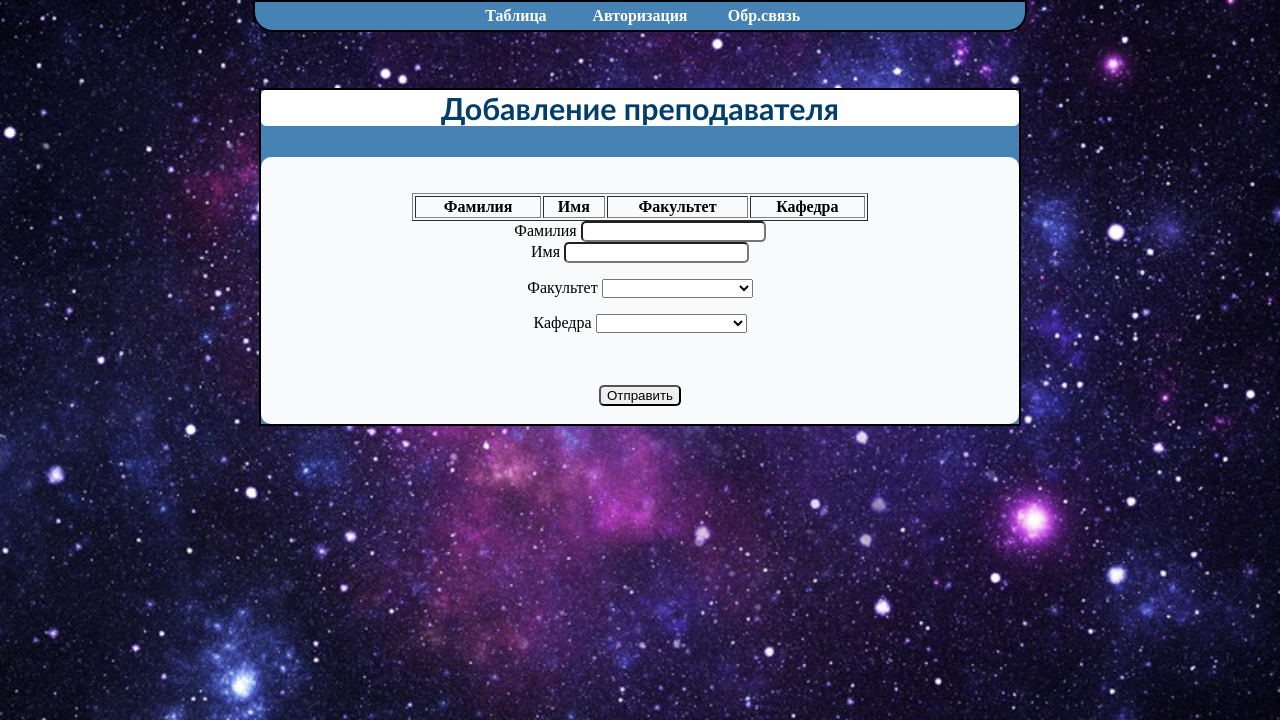
Repository: BeliaevAleksei/WeBCourse
Page: http://localhost/addTeacher.php
The author's editor kept a record of every edit. The page is drawn from the files as they stood at one moment, then again after the next edit.
The browser window is 1280 px wide. The pictures show the whole page.
The page is run by PHP 8.4 with error messages shown; the project is at /var/www/html/. Queries for data that is not in the repository find no rows.

Above is the page before.

After the next edit:
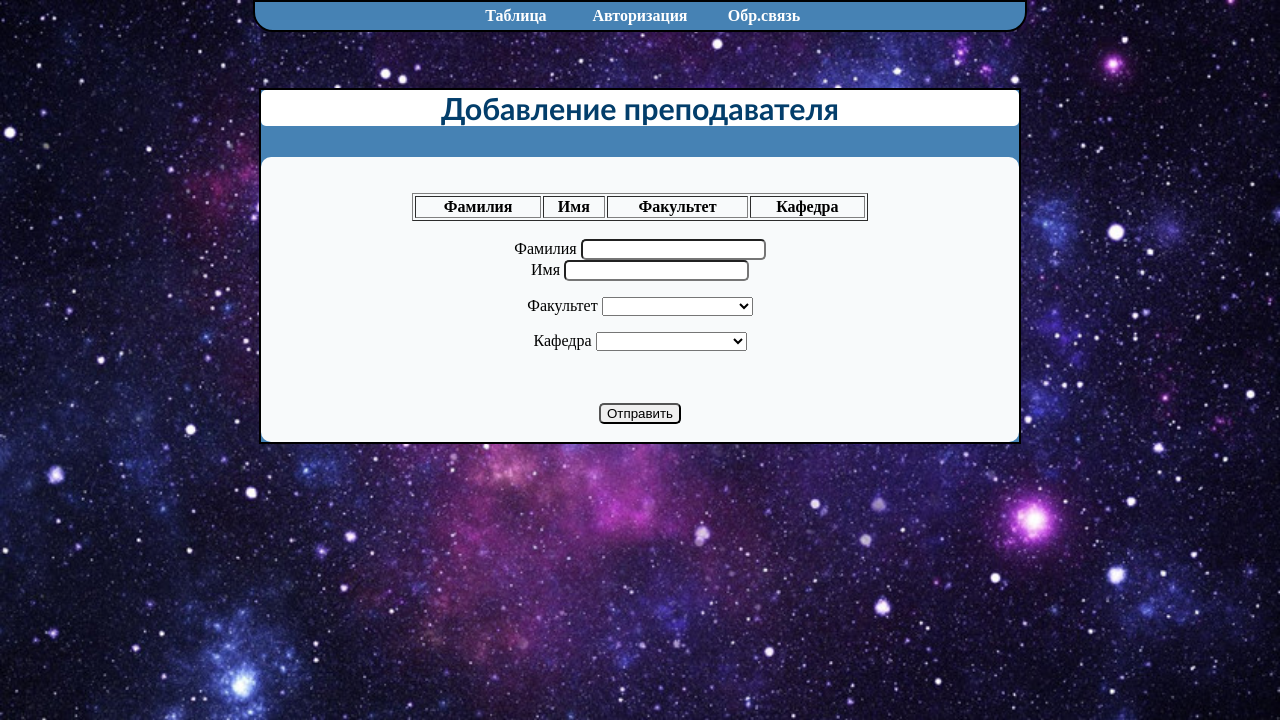
The edit:
--- a/Учебная практика/addTeacher.php
+++ b/Учебная практика/addTeacher.php
@@ -46,7 +46,7 @@
 				    echo "</table>";
 
 
-				echo "<form action=\"AddTinTable.php\" method=\"post\">";
+				echo "</br><form action=\"AddTinTable.php\" method=\"post\">";
 				echo "<div><label> Фамилия</label> <input type=\"text\" name=\"firstname\"></div>";
 				echo "<div><label> Имя </label> <input type=\"text\" name=\"lastname\"></div>";
 				echo "<p> <label> Факультет </label>
